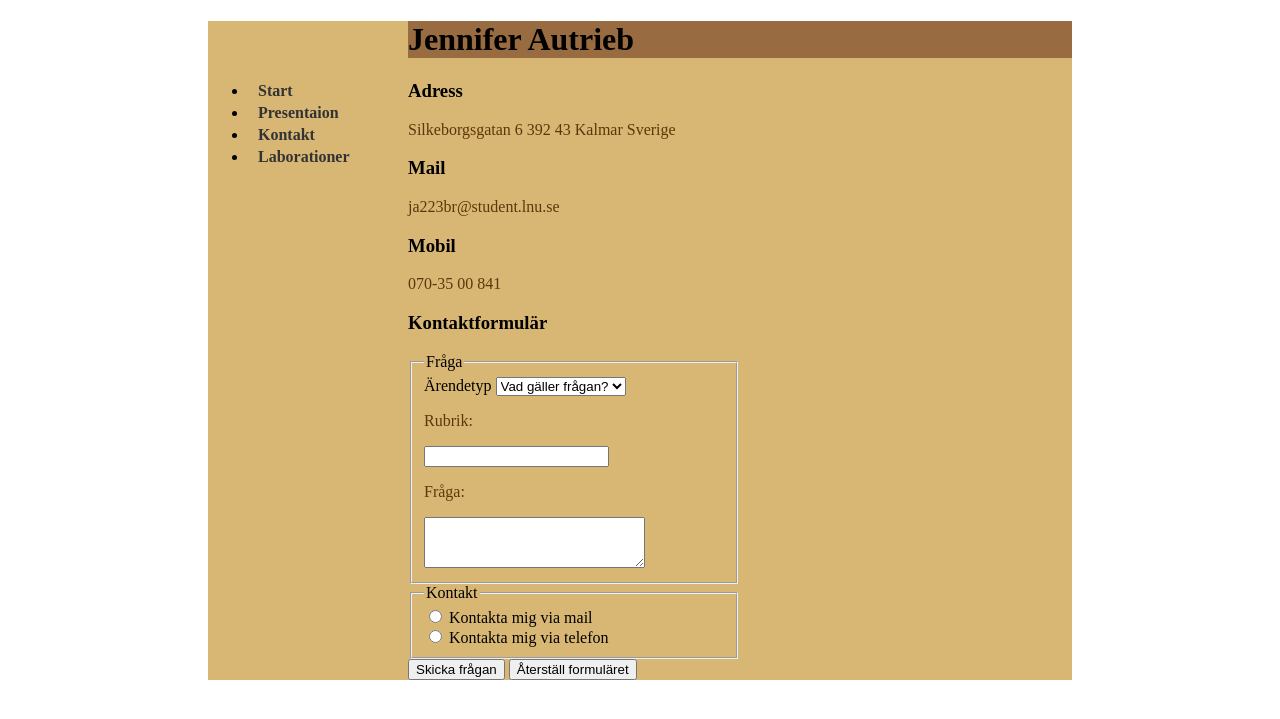
Repository: JeAut/1ik415-JeAut-laborationer
Page: WWW/pages/kontakt.html
The author's editor kept a record of every edit. The page is drawn from the files as they stood at one moment, then again after the next edit.
The browser window is 1280 px wide. The pictures show the whole page.

Above is the page before.

After the next edit:
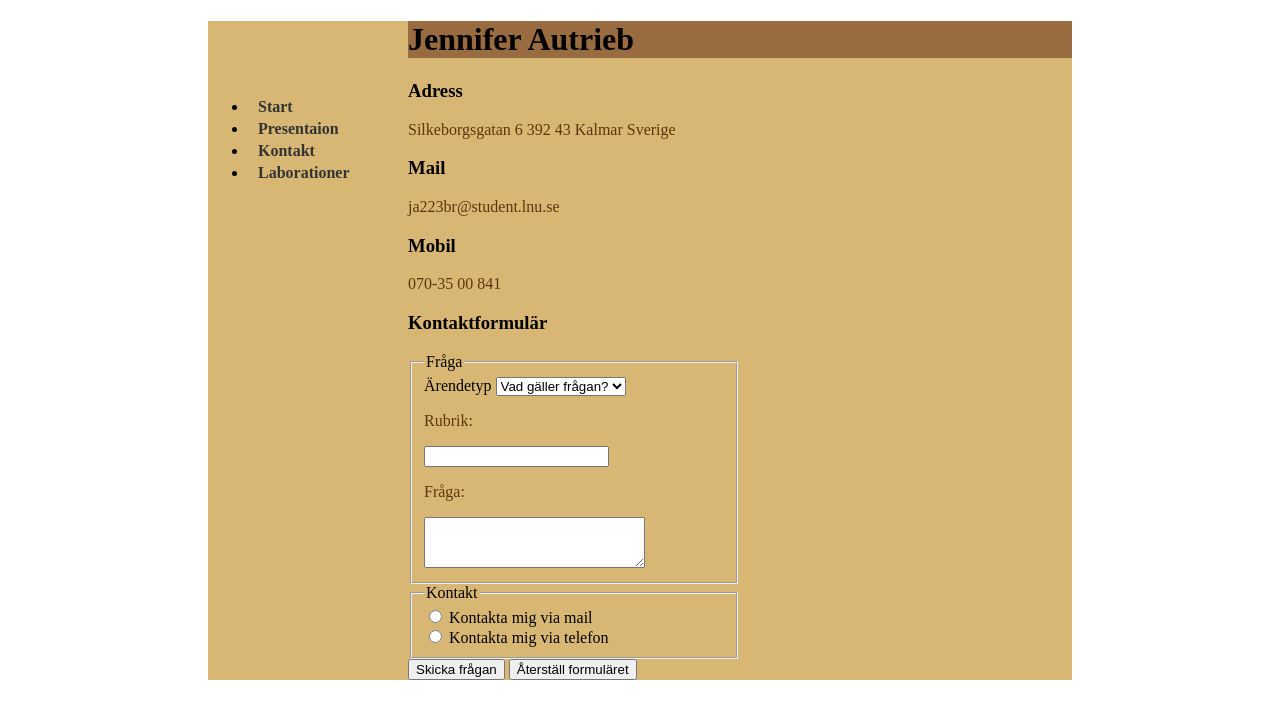
The edit:
--- a/WWW/pages/kontakt.html
+++ b/WWW/pages/kontakt.html
@@ -14,7 +14,7 @@
             <div id="navigation">
             <div id="menyli">
             <div id="menylia">
-            <li><a href="../index.html"> Start</a></li>
+            <p><li><a href="../index.html"> Start</a></li>
             <li><a href="Presentation.html"> Presentaion</a></li>
             <li><a href="kontakt.html"> Kontakt</a></li>
             <li><a href="laborationer.html"> Laborationer</a></li>
